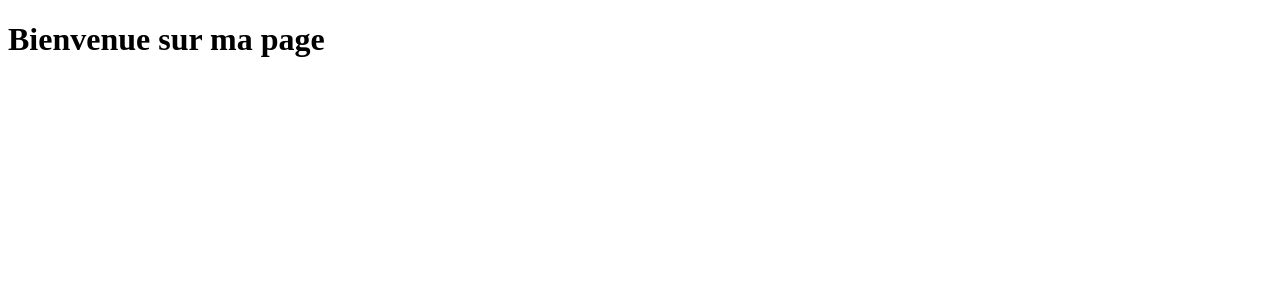
Repository: wendytoko/cours
Page: http://localhost/Test/Bienvenue.jsp
An editor plug-in stored every save of this project. The page is shown before and after the next save, followed by the edit.
The browser window is 1280 px wide. The pictures show the whole page.
The page is served by Tomcat 9. Other server files are loaded and not shown.

Above is the page before, as saved 2019-11-19 10:32:50.

### Cours Sarah/Test/WebContent/Bienvenue.jsp
<%@ page language="java" contentType="text/html; charset=ISO-8859-1"
    pageEncoding="ISO-8859-1"%>
<!DOCTYPE html PUBLIC "-//W3C//DTD HTML 4.01 Transitional//EN" "http://www.w3.org/TR/html4/loose.dtd">
<html>
<head>
<meta http-equiv="Content-Type" content="text/html; charset=ISO-8859-1">
<title>Insert title here</title>
</head>
<body>

<h1>Bienvenue sur ma page</h1>

</body>
</html>

After the next save:
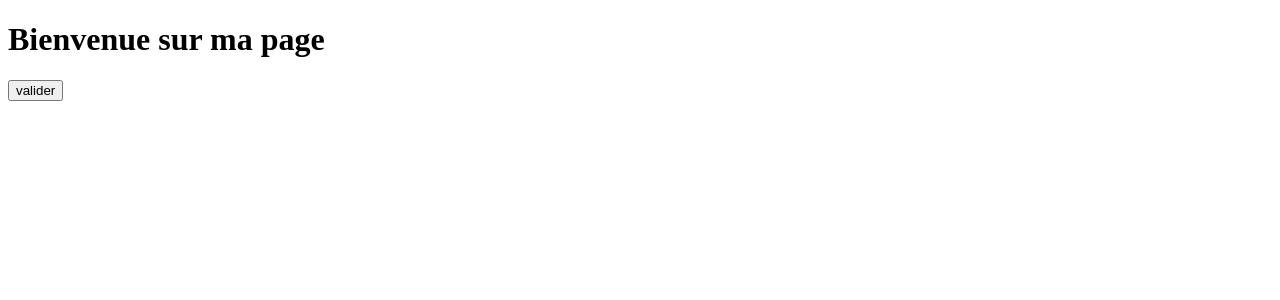
Saved 2 min 1 s later.
--- a/Cours Sarah/Test/WebContent/Bienvenue.jsp
+++ b/Cours Sarah/Test/WebContent/Bienvenue.jsp
@@ -9,6 +9,9 @@
 <body>
 
 <h1>Bienvenue sur ma page</h1>
+<form action="MyServlet" method="Post">
+<input type="submit" value="valider">
+</form>
 
 </body>
 </html>
